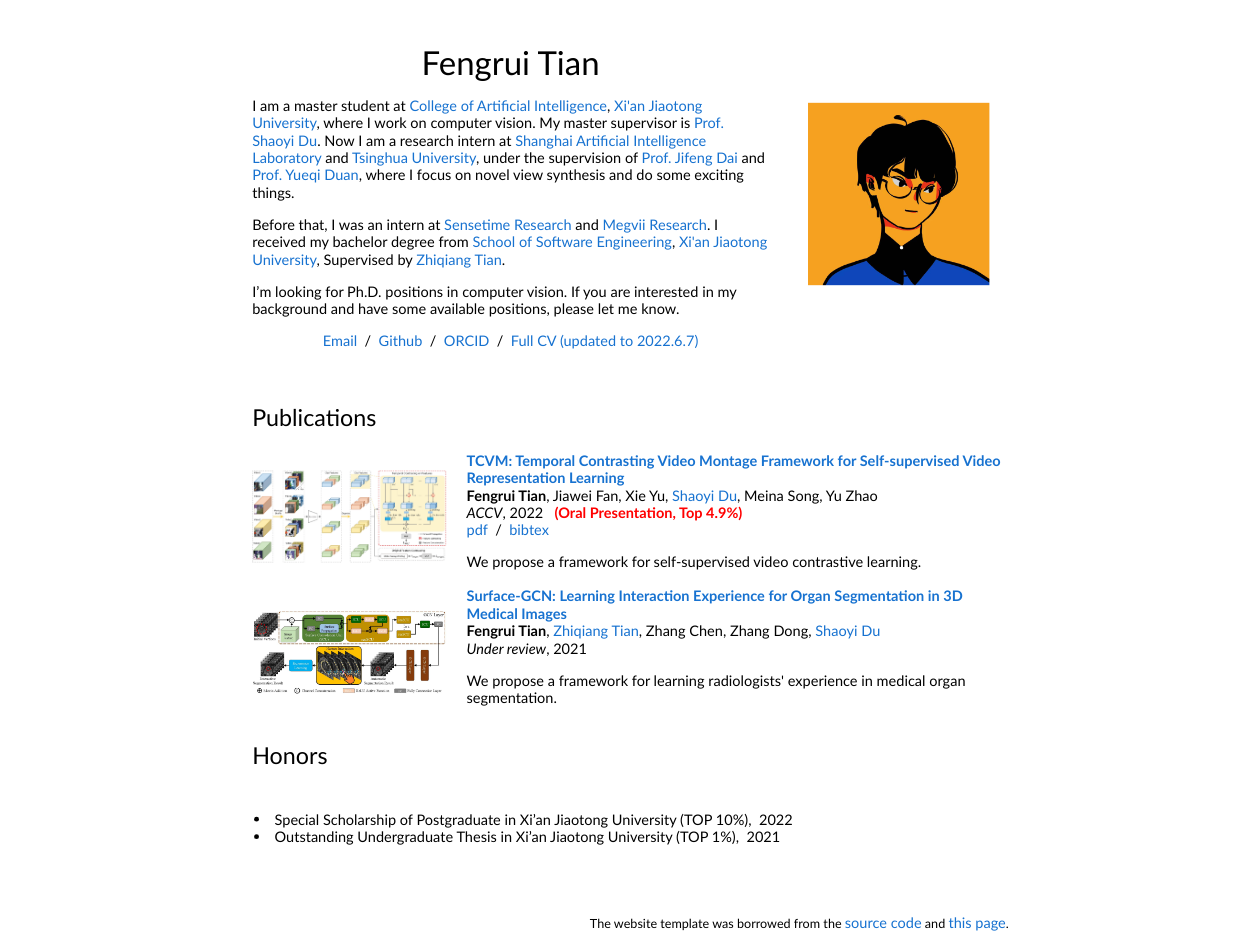
Repository: tianfr/tianfr.github.io
Page: index.html
These files come from the project's save history. The page is drawn as it stood at one moment and after the next save; the edit follows.
The browser window is 1280 px wide. The pictures show the whole page, at 97% of full size.

Above is the page before, as saved 2022-11-20 16:46:41.

### index.html
<!DOCTYPE HTML>
<html lang="en"><head><meta http-equiv="Content-Type" content="text/html; charset=UTF-8">

  <title>Fengrui Tian </title>

  <meta name="author" content="Fengrui Tian">
  <meta name="viewport" content="width=device-width, initial-scale=1">

  <link rel="stylesheet" type="text/css" href="stylesheet.css">
	<link rel="icon" href="data:[embedded picture, 141 characters]">
</head>

<body>
  <table style="width:100%;max-width:800px;border:0px;border-spacing:0px;border-collapse:separate;margin-right:auto;margin-left:auto;"><tbody>
    <tr style="padding:0px">
      <td style="padding:0px">
        <table style="width:100%;border:0px;border-spacing:0px;border-collapse:separate;margin-right:auto;margin-left:auto;"><tbody>
          <tr style="padding:0px">
            <td style="padding:2.5%;width:63%;vertical-align:middle">
              <p style="text-align:center">
                <name>
                  Fengrui Tian
                  <!-- <font face="KaiTi" size="6">田丰瑞</font> -->
                </name>
              </p>
              <p>I am a master student at <a href="http://iair.xjtu.edu.cn/">College of Artificial Intelligence</a>, <a href="http://www.xjtu.edu.cn/">Xi'an Jiaotong University</a>, where I work on computer vision. My master supervisor is <a href="https://gr.xjtu.edu.cn/en/web/dushaoyi/home">Prof. Shaoyi Du</a>. Now I am a research intern at <a href="https://www.shlab.org.cn/">Shanghai Artificial Intelligence Laboratory</a> and <a href="https://www.tsinghua.edu.cn/">Tsinghua University</a>, under the supervision of <a href="https://jifengdai.org/">Prof. Jifeng Dai</a> and  <a href="https://duanyueqi.github.io/">Prof. Yueqi Duan</a>, where I focus on novel view synthesis and do some exciting things.
              </p>
              <p> Before that, I was an intern at <a href="https://www.sensetime.com/">Sensetime Research</a> and
                <a href="https://www.megvii.com/">Megvii Research</a>. I received my bachelor degree from  <a href="https://blog.google/products/google-ar-vr/introducing-next-generation-jump/">School of Software Engineering</a>, <a href="http://www.xjtu.edu.cn/">Xi'an Jiaotong University</a>, Supervised by <a href="https://gr.xjtu.edu.cn/en/web/zhiqiangtian/home">Zhiqiang Tian</a>.
              </p>
              <p>  I’m looking for Ph.D. positions in computer vision. If you are interested in my background and have some available positions, please let me know.
              </p>
              <p style="text-align:center">
                <a href="mailto:tianfr@stu.xjtu.edu.cn">Email</a> &nbsp/&nbsp
                <!-- <a href="data/JonBarron-CV.pdf">CV</a> &nbsp/&nbsp -->
                <!-- <a href="data/JonBarron-bio.txt">Bio</a> &nbsp/&nbsp -->
                <!-- <a href="https://scholar.google.com/citations?hl=en&user=jktWnL8AAAAJ">Google Scholar</a> &nbsp/&nbsp -->
                <!-- <a href="https://twitter.com/jon_barron">Twitter</a> &nbsp/&nbsp -->
                <a href="https://github.com/tianfr/">Github</a> &nbsp/&nbsp
                <a href="https://orcid.org/0000-0002-9577-5276">ORCID</a> &nbsp/&nbsp
                <a href="data/PS_Tian_Fengrui_2022_6_7_en.pdf">Full CV (updated to 2022.6.7)</a>

              </p>
            </td>
            <td style="padding:2.5%;width:25%;max-width:25%">
              <a href="images/Fengrui_Tian_avatar.jpg"><img style="width:100%;max-width:100%" alt="profile photo" src="images/Fengrui_Tian_avatar.jpg" class="hoverZoomLink"></a>
            </td>
          </tr>
        <!-- </tbody></table>
        <table style="width:100%;border:0px;border-spacing:0px;border-collapse:separate;margin-right:auto;margin-left:auto;"><tbody>
            <tr>
            <td style="padding:20px;width:100%;vertical-align:middle">
              <heading>Research</heading>
              <p>
                I'm interested in computer vision, machine learning, optimization, and image processing. Much of my research is about inferring the physical world (shape, motion, color, light, etc) from images. Representative papers are <span class="highlight">highlighted</span>.
              </p>
            </td>
          </tr>
        </tbody></table> -->
        <table width="100%" align="center" border="0" cellspacing="0" cellpadding="20"><tbody>
          <tr>
            <td>
              <heading>Publications</heading>
            </td>
          </tr>
        </tbody></table>
        <table style="width:100%;border:0px;border-spacing:0px;border-collapse:separate;margin-right:auto;margin-left:auto;"><tbody>

          <tr onmouseout="dreamfusion_stop()" onmouseover="dreamfusion_start()">
            <td style="padding:20px;width:25%;vertical-align:middle">
              <img src="images/tcvm_overview.jpg" alt="prl" width="200" height="95">
            </td>
            <!-- <td style="padding:20px;width:25%;vertical-align:middle">
              <div class="one">
                <div class="two" id='dreamfusion_image'><video  width=100% height=100% muted autoplay loop>
                <source src="images/dreamfusion.mp4" type="video/mp4">
                Your browser does not support the video tag.
                </video></div>
                <img src='images/tcvm_overview.jpg' width="160">
              </div>
              <script type="text/javascript">
                function dreamfusion_start() {
                  document.getElementById('dreamfusion_image').style.opacity = "1";
                }

                function dreamfusion_stop() {
                  document.getElementById('dreamfusion_image').style.opacity = "0";
                }
                dreamfusion_stop()
              </script>
            </td> -->
            <!-- <td style="padding:20px;width:75%;vertical-align:middle"> -->
            <td width="75%" valign="middle">
              <a href="paper/22accv_tcvm.pdf">
                <papertitle>TCVM: Temporal Contrasting Video Montage Framework for Self-supervised Video Representation Learning</papertitle>
              </a>
              <br>
              <strong>Fengrui Tian</strong>,
              Jiawei Fan,
              Xie Yu,
              <a href="https://gr.xjtu.edu.cn/en/web/dushaoyi/home">Shaoyi Du</a>,
              Meina Song,
              Yu Zhao
              <br>
              <em>ACCV</em>, 2022 &nbsp <font color="red"><strong>(Oral Presentation, Top 4.9%)</strong></font>
              <br>
              <a href="paper/22accv_tcvm.pdf">pdf</a>  &nbsp/&nbsp
              <a href="data/accv22TCVM.bib">bibtex</a>
              <p></p>
              <p>
              We propose a framework for self-supervised video contrastive learning.
              </p>
            </td>
          </tr>


          <tr>
            <td style="padding:20px;width:25%;vertical-align:middle">
              <img src="images/surfacegcn.jpg" alt="prl" width="200" height="85">
            </td>
            <td width="75%" valign="middle">
              <a href="">
                <papertitle>Surface-GCN: Learning Interaction Experience for Organ Segmentation in 3D Medical Images</papertitle>
              </a>
              <br>
              <strong>Fengrui Tian</strong>,
              <a href="https://gr.xjtu.edu.cn/en/web/zhiqiangtian/home">Zhiqiang Tian</a>,
              Zhang Chen,
              Zhang Dong,
              <a href="https://gr.xjtu.edu.cn/en/web/dushaoyi/home">Shaoyi Du</a>
              <br>
              <em>Under review</em>, 2021
              <br>
              <!-- <a href="data/BarronPRL2009.bib">bibtex</a> -->
              <p>We propose a framework for learning radiologists' experience in medical organ segmentation.</p>
            </td>
          </tr>

        </tbody></table>


        <table width="100%" align="center" border="0" cellspacing="0" cellpadding="20"><tbody>
          <tr>
            <td>
              <heading>Honors</heading>
            </td>
          </tr>
        </tbody></table>
        <table width="100%" align="center" border="0" cellpadding="20"><tbody>
          <tr>
            <td style="padding:20px;width:100%;vertical-align:middle">
              <li>Special Scholarship of Postgraduate in Xi’an Jiaotong University (TOP 10%),&nbsp; 2022 </li>
              <li>Outstanding Undergraduate Thesis in Xi’an Jiaotong University (TOP 1%),&nbsp; 2021 </li> <br>
          </td>

          </tr>


        </tbody></table>
        <table style="width:100%;border:0px;border-spacing:0px;border-collapse:separate;margin-right:auto;margin-left:auto;"><tbody>
          <tr>
            <td style="padding:0px">
              <br>
              <p style="text-align:right;font-size:small;">
                The website template was borrowed from the <a href="https://github.com/jonbarron/website">source code</a> and <a href="https://jonbarron.info/"> this page</a>.
              </p>
            </td>
          </tr>
        </tbody></table>
      </td>
    </tr>
  </table>
</body>

</html>

### stylesheet.css
/* latin-ext */
@font-face {
  font-family: 'Lato';
  font-style: italic;
  font-weight: 400;
  src: local('Lato Italic'), local('Lato-Italic'), url(https://fonts.gstatic.com/s/lato/v15/S6u8w4BMUTPHjxsAUi-qNiXg7eU0.woff2) format('woff2');
  unicode-range: U+0100-024F, U+0259, U+1E00-1EFF, U+2020, U+20A0-20AB, U+20AD-20CF, U+2113, U+2C60-2C7F, U+A720-A7FF;
}
/* latin */
@font-face {
  font-family: 'Lato';
  font-style: italic;
  font-weight: 400;
  src: local('Lato Italic'), local('Lato-Italic'), url(https://fonts.gstatic.com/s/lato/v15/S6u8w4BMUTPHjxsAXC-qNiXg7Q.woff2) format('woff2');
  unicode-range: U+0000-00FF, U+0131, U+0152-0153, U+02BB-02BC, U+02C6, U+02DA, U+02DC, U+2000-206F, U+2074, U+20AC, U+2122, U+2191, U+2193, U+2212, U+2215, U+FEFF, U+FFFD;
}
/* latin-ext */
@font-face {
  font-family: 'Lato';
  font-style: italic;
  font-weight: 700;
  src: local('Lato Bold Italic'), local('Lato-BoldItalic'), url(https://fonts.gstatic.com/s/lato/v15/S6u_w4BMUTPHjxsI5wq_FQftx9897sxZ.woff2) format('woff2');
  unicode-range: U+0100-024F, U+0259, U+1E00-1EFF, U+2020, U+20A0-20AB, U+20AD-20CF, U+2113, U+2C60-2C7F, U+A720-A7FF;
}
/* latin */
@font-face {
  font-family: 'Lato';
  font-style: italic;
  font-weight: 700;
  src: local('Lato Bold Italic'), local('Lato-BoldItalic'), url(https://fonts.gstatic.com/s/lato/v15/S6u_w4BMUTPHjxsI5wq_Gwftx9897g.woff2) format('woff2');
  unicode-range: U+0000-00FF, U+0131, U+0152-0153, U+02BB-02BC, U+02C6, U+02DA, U+02DC, U+2000-206F, U+2074, U+20AC, U+2122, U+2191, U+2193, U+2212, U+2215, U+FEFF, U+FFFD;
}
/* latin-ext */
@font-face {
  font-family: 'Lato';
  font-style: normal;
  font-weight: 400;
  src: local('Lato Regular'), local('Lato-Regular'), url(https://fonts.gstatic.com/s/lato/v15/S6uyw4BMUTPHjxAwXiWtFCfQ7A.woff2) format('woff2');
  unicode-range: U+0100-024F, U+0259, U+1E00-1EFF, U+2020, U+20A0-20AB, U+20AD-20CF, U+2113, U+2C60-2C7F, U+A720-A7FF;
}
/* latin */
@font-face {
  font-family: 'Lato';
  font-style: normal;
  font-weight: 400;
  src: local('Lato Regular'), local('Lato-Regular'), url(https://fonts.gstatic.com/s/lato/v15/S6uyw4BMUTPHjx4wXiWtFCc.woff2) format('woff2');
  unicode-range: U+0000-00FF, U+0131, U+0152-0153, U+02BB-02BC, U+02C6, U+02DA, U+02DC, U+2000-206F, U+2074, U+20AC, U+2122, U+2191, U+2193, U+2212, U+2215, U+FEFF, U+FFFD;
}
/* latin-ext */
@font-face {
  font-family: 'Lato';
  font-style: normal;
  font-weight: 700;
  src: local('Lato Bold'), local('Lato-Bold'), url(https://fonts.gstatic.com/s/lato/v15/S6u9w4BMUTPHh6UVSwaPGQ3q5d0N7w.woff2) format('woff2');
  unicode-range: U+0100-024F, U+0259, U+1E00-1EFF, U+2020, U+20A0-20AB, U+20AD-20CF, U+2113, U+2C60-2C7F, U+A720-A7FF;
}
/* latin */
@font-face {
  font-family: 'Lato';
  font-style: normal;
  font-weight: 700;
  src: local('Lato Bold'), local('Lato-Bold'), url(https://fonts.gstatic.com/s/lato/v15/S6u9w4BMUTPHh6UVSwiPGQ3q5d0.woff2) format('woff2');
  unicode-range: U+0000-00FF, U+0131, U+0152-0153, U+02BB-02BC, U+02C6, U+02DA, U+02DC, U+2000-206F, U+2074, U+20AC, U+2122, U+2191, U+2193, U+2212, U+2215, U+FEFF, U+FFFD;
}

a {
  color: #1772d0;
  text-decoration: none;
}

a:focus,
a:hover {
  color: #f09228;
  text-decoration: none;
}

body,
td,
th,
tr,
p,
a {
  font-family: 'Lato', Verdana, Helvetica, sans-serif;
  font-size: 15px
}

strong {
  font-family: 'Lato', Verdana, Helvetica, sans-serif;
  font-size: 15px;
}

heading {
  font-family: 'Lato', Verdana, Helvetica, sans-serif;
  font-size: 24px;
}

papertitle {
  font-family: 'Lato', Verdana, Helvetica, sans-serif;
  font-size: 15px;
  font-weight: 700
}

name {
  font-family: 'Lato', Verdana, Helvetica, sans-serif;
  font-size: 34px;
}

.one {
  width: 160px;
  height: 160px;
  position: relative;
}

.two {
  width: 160px;
  height: 160px;
  position: absolute;
  transition: opacity .2s ease-in-out;
  -moz-transition: opacity .2s ease-in-out;
  -webkit-transition: opacity .2s ease-in-out;
}

.fade {
  transition: opacity .2s ease-in-out;
  -moz-transition: opacity .2s ease-in-out;
  -webkit-transition: opacity .2s ease-in-out;
}

span.highlight {
  background-color: #ffffd0;
}

After the next save:
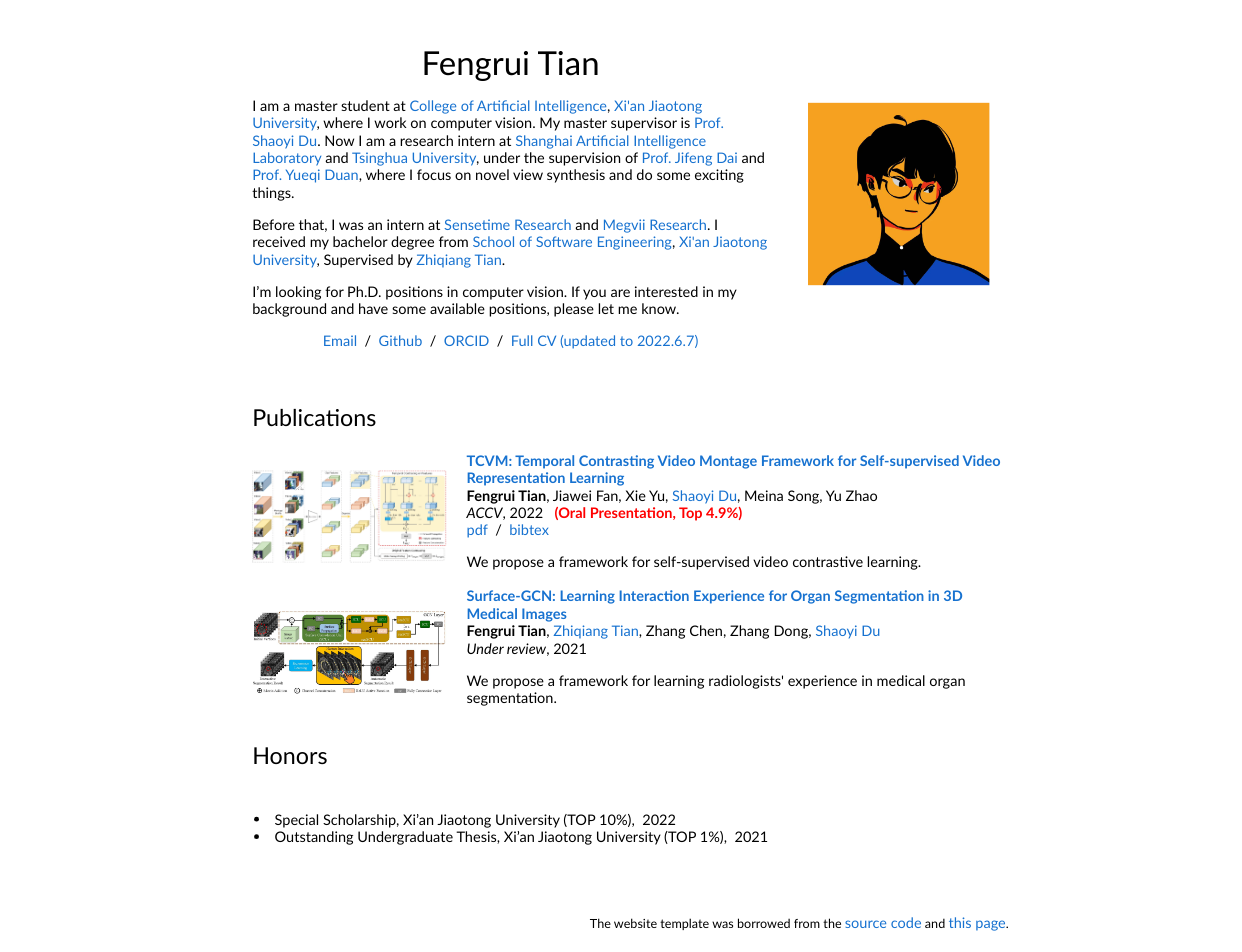
Saved 41 s later.
--- a/index.html
+++ b/index.html
@@ -149,8 +149,8 @@
         <table width="100%" align="center" border="0" cellpadding="20"><tbody>
           <tr>
             <td style="padding:20px;width:100%;vertical-align:middle">
-              <li>Special Scholarship of Postgraduate in Xi’an Jiaotong University (TOP 10%),&nbsp; 2022 </li>
-              <li>Outstanding Undergraduate Thesis in Xi’an Jiaotong University (TOP 1%),&nbsp; 2021 </li> <br>
+              <li>Special Scholarship, Xi’an Jiaotong University (TOP 10%),&nbsp; 2022 </li>
+              <li>Outstanding Undergraduate Thesis, Xi’an Jiaotong University (TOP 1%),&nbsp; 2021 </li> <br>
           </td>
 
           </tr>
